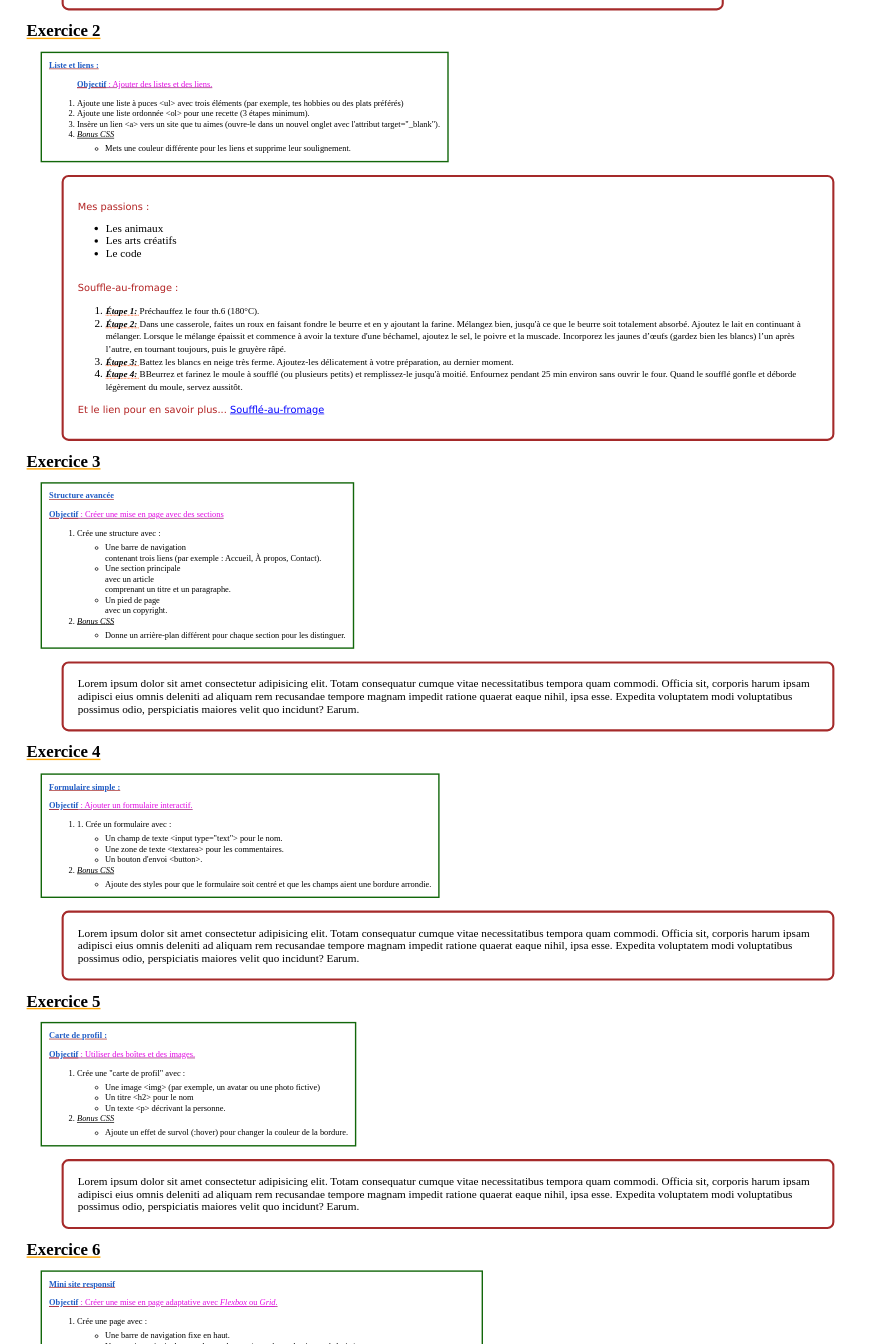
Repository: AnnaSpirit/Mimo_App
Page: Exercices_HTML&CSS.html
An editor plug-in stored every save of this project. The page is shown before and after the next save, followed by the edit.
The browser window is 1280 px wide. The pictures show the part of the page from y = 427 to 2347 px (the page is 2575 px tall), at 70% of full size.

Above is the page before, as saved 2024-12-08 16:53:56.

### Exercices_HTML&CSS.html
<!DOCTYPE html>
<html lang="en">

<head>
    <meta charset="UTF-8">
    <meta name="viewport" content="width=device-width, initial-scale=1.0">
    <link rel="stylesheet" href="styleCSS.css">
    <title>Exercices HTML & CSS</title>
</head>

<body>
    <div>
        <span class="Ex">
            <h1>Exercice 1</h1>
            <span class="Consigne"><b>Créer une page simple :</b><br>
                <p><b>Objectif</b> : Créer une page HTML basique.</p>
                <ol>
                    <li>Crée une page HTML avec :
                        <ul>
                            <li>Un titre de page (balise &lt;title&gt;).</li>
                            <li>Un en-tête &lt;h1&gt; avec un texte comme "Bienvenue sur ma page".</li>
                            <li>Un paragraphe &lt;p&gt; décrivant ce que tu apprends.</li>
                        </ul>
                    </li>
                    <li><em>Bonus CSS</em>
                        <ul>
                            <li>Ajoute un style de base pour le texte (par exemple, change la couleur ou la taille)</li>
                        </ul>
                    </li>
                </ol>
            </span>
        </span>
        <br>
        <br>
        <span class="Resultat">
            <div>
                <span>
                    <p>Le titre de la page est : <em>Exercices HTML & CSS</em>
                    <h1>Bienvenue sur ma page!</h1>
                    <p id="apprend">
                        J'apprends le codage, est cette page combine le <b>HTML</b> : « HyperText Markup Language » et
                        le <b>CSS</b> : « Cascading StyleSheets ».
                    </p>
                    </p>
                </span>
            </div>
        </span>

    </div>
    <div>
        <span class="Ex">
            <h1>Exercice 2</h1>
            <span class="Consigne"><b>Liste et liens :</b>
                <ol>
                    <p><b>Objectif</b> : Ajouter des listes et des liens.</p>
                    <li>Ajoute une liste à puces &lt;ul&gt; avec trois éléments (par exemple, tes hobbies ou des plats
                        préférés)</li>
                    <li>Ajoute une liste ordonnée &lt;ol&gt; pour une recette (3 étapes minimum).</li>
                    <li>Insère un lien &lt;a&gt; vers un site que tu aimes (ouvre-le dans un nouvel onglet avec
                        l'attribut target="_blank").</li>
                    <li><em>Bonus CSS</em>
                        <ul>
                            <li>Mets une couleur différente pour les liens et supprime leur soulignement.</li>
                        </ul>
                    </li>
                </ol>
            </span>
        </span>
        <br>
        <br>
        <span class="Resultat">
            <p>Mes passions :</p>
            <ul>
                <li>Les animaux</li>
                <li>Les arts créatifs</li>
                <li>Le code</li>
            </ul><br>
            <p>Souffle-au-fromage :</p>
            <ol>
                <li><b class="etape">Étape 1: </b>
                    <span class="a_faire">Préchauffez le four th.6 (180°C).</span>
                </li>
                <li><b class="etape">Étape 2: </b>
                    <span class="a_faire">Dans une casserole, faites un roux en faisant fondre le beurre et en y ajoutant la farine. Mélangez bien, jusqu'à ce que
                    le beurre soit totalement absorbé. Ajoutez le lait en continuant à mélanger. Lorsque le mélange épaissit et commence à
                    avoir la texture d'une béchamel, ajoutez le sel, le poivre et la muscade. Incorporez les jaunes d’œufs (gardez bien les
                    blancs) l’un après l’autre, en tournant toujours, puis le gruyère râpé.</span>
                </li>
                <li><b class="etape">Étape 3: </b>
                    <span class="a_faire">Battez les blancs en neige très ferme. Ajoutez-les délicatement à votre préparation, au dernier moment.</span>
                </li>
                <li><b class="etape">Étape 4: </b>
                    <span class="a_faire">BBeurrez et farinez le moule à soufflé (ou plusieurs petits) et remplissez-le jusqu'à moitié. Enfournez pendant 25 min
                    environ sans ouvrir le four. Quand le soufflé gonfle et déborde légèrement du moule, servez aussitôt.</span>
                </li>
            </ol>
            <p>Et le lien pour en savoir plus...
            <a href="https://www.cuisineaz.com/recettes/souffle-au-fromage-facile-et-rapide-50444.aspx#preparation"
                target="_blank"> Soufflé-au-fromage</a></p>
        </span>

    </div>
    <div>
        <span class="Ex">
            <h1>Exercice 3</h1>
            <span class="Consigne"><b>Structure avancée</b><br>
                <p><b>Objectif</b> : Créer une mise en page avec des sections</p>
                <ol>
                    <li>Crée une structure avec :</li>
                    <ul>
                        <li>Une barre de navigation <nav> contenant trois liens (par exemple : Accueil, À propos,
                                Contact).</li>
                        <li>Une section principale <main> avec un article <article> comprenant un titre et un
                                    paragraphe.</li>
                        <li>Un pied de page <footer> avec un copyright.</li>
                    </ul>
                    <li><em>Bonus CSS </em></li>
                    <ul>
                        <li>Donne un arrière-plan différent pour chaque section pour les distinguer.</li>
                    </ul>
                    </li>
                </ol>
            </span>
        </span>
        <br>
        <br>
        <span class="Resultat">Lorem ipsum dolor sit amet consectetur adipisicing elit. Totam consequatur cumque vitae
            necessitatibus tempora quam commodi. Officia sit, corporis harum ipsam adipisci eius omnis deleniti ad
            aliquam rem
            recusandae tempore magnam impedit ratione quaerat eaque nihil, ipsa esse. Expedita voluptatem modi
            voluptatibus
            possimus odio, perspiciatis maiores velit quo incidunt? Earum.</span>
    </div>
    <div>
        <span class="Ex">
            <h1>Exercice 4</h1>
            <span class="Consigne"><b>Formulaire simple :</b><br>
                <p><b>Objectif</b> : Ajouter un formulaire interactif.</p>
                <ol>
                    <li>1. Crée un formulaire avec :</li>
                    <ul>
                        <li>Un champ de texte &lt;input type="text"&gt; pour le nom.</li>
                        <li>Une zone de texte &lt;textarea&gt; pour les commentaires.</li>
                        <li>Un bouton d'envoi &lt;button&gt;.</li>
                    </ul>
                    </li>
                    <li><em>Bonus CSS</em>
                        <ul>
                            <li>Ajoute des styles pour que le formulaire soit centré et que les champs aient une bordure
                                arrondie.</li>
                        </ul>
                    </li>
                </ol>
            </span>
        </span>
        <br>
        <br>
        <span class="Resultat">Lorem ipsum dolor sit amet consectetur adipisicing elit. Totam consequatur cumque vitae
            necessitatibus tempora quam commodi. Officia sit, corporis harum ipsam adipisci eius omnis deleniti ad
            aliquam rem
            recusandae tempore magnam impedit ratione quaerat eaque nihil, ipsa esse. Expedita voluptatem modi
            voluptatibus
            possimus odio, perspiciatis maiores velit quo incidunt? Earum.</span>
    </div>
    </div>
    <div>
        <span class="Ex">
            <h1>Exercice 5</h1>
            <span class="Consigne"><b>Carte de profil :</b><br>
                <p><b>Objectif</b> : Utiliser des boîtes et des images.</p>
                <ol>
                    <li>Crée une "carte de profil" avec :</li>
                    <ul>
                        <li>Une image &lt;img&gt; (par exemple, un avatar ou une photo fictive)</li>
                        <li>Un titre &lt;h2&gt; pour le nom</li>
                        <li>Un texte &lt;p&gt; décrivant la personne.</li>
                    </ul>
                    <li><em>Bonus CSS</em></li>
                    <ul>
                        <li>Ajoute un effet de survol (:hover) pour changer la couleur de la bordure.</li>
                    </ul>
                    </li>
                </ol>
            </span>
        </span>
        <br>
        <br>
        <span class="Resultat">Lorem ipsum dolor sit amet consectetur adipisicing elit. Totam consequatur cumque vitae
            necessitatibus tempora quam commodi. Officia sit, corporis harum ipsam adipisci eius omnis deleniti ad
            aliquam rem
            recusandae tempore magnam impedit ratione quaerat eaque nihil, ipsa esse. Expedita voluptatem modi
            voluptatibus
            possimus odio, perspiciatis maiores velit quo incidunt? Earum.</span>
    </div>
    <div>
        <span class="Ex">
            <h1>Exercice 6</h1>
            <span class="Consigne"><b>Mini site responsif</b><br>
                <p><b>Objectif</b> : Créer une mise en page adaptative avec <em class="select">Flexbox</em> ou <em
                        class="select">Grid</em>.
                <ol>
                    <li>Crée une page avec :</li>
                    <ul>
                        <li>Une barre de navigation fixe en haut.</li>
                        <li>Une section principale avec deux colonnes (texte à gauche, image à droite)</li>
                        <li>Un pied de page collé en bas</li>
                    </ul>
                    </li>
                    <li>Utilise <em class="select">Flexbox</em> ou <em class="select">CSS Grid</em> pour organiser la
                        mise en page.</li>
                    <li>Ajoute un <em class="select">media query</em> pour que la page s'adapte sur mobile (les colonnes
                        passent en une seule).</li>
                    <li><em>Bonus CSS</em>
                        <ul>
                            <li>Ajoute une animation subtile sur un élément (par exemple, un bouton qui change de
                                couleur lorsqu'on clique).</li>
                        </ul>
                    </li>
                </ol>
            </span>
        </span>
        <br>
        <br>
        <span class="Resultat">Lorem ipsum dolor sit amet consectetur adipisicing elit. Totam consequatur cumque vitae
            necessitatibus tempora quam commodi. Officia sit, corporis harum ipsam adipisci eius omnis deleniti ad
            aliquam rem
            recusandae tempore magnam impedit ratione quaerat eaque nihil, ipsa esse. Expedita voluptatem modi
            voluptatibus
            possimus odio, perspiciatis maiores velit quo incidunt? Earum.</span>
    </div>
</body>

</html>

### styleCSS.css
html {
    margin: 0 30px 0 30px;
}

.Ex {
    font-size: 12px;
}

.Ex h1 {
    font-weight: bold;
    font-size: x-large;
    text-decoration: underline orange;
}

.Ex .Consigne {
    border: 2px solid rgb(18, 103, 10);
    /* Une bordure de 2px */
    padding: 10px;
    /* Espace entre le texte et la bordure */
    display: inline-block;
    /* S'assurer que la bordure s'adapte au texte */
    margin: 0 20px;
    /* Décalage de 20px à droite et à gauche */
}

.Ex p {
    text-decoration: underline rgb(149, 18, 112);
    color: rgb(228, 7, 228);
}

.Ex ol,
ul {
    margin-top: 5px;
    margin-bottom: 0;
}

.EX b,
em {
    font-family: fantasy;
    text-decoration: underline;
}

.EX .select {
    font-style: oblique;
}



.Resultat {
    border: 3px solid brown;
    /* Une bordure noire de 2px */
    padding: 20px;
    /* Espace entre le texte et la bordure */
    border-radius: 10px;
    /* Coins arrondis */
    display: inline-block;
    /* S'assurer que la bordure s'adapte au texte */
    margin-left: 50px;
    margin-right: 50px;
}

.Resultat p {
    font-family: 'Lucida Sans', 'Lucida Sans Regular', 'Lucida Grande', 'Lucida Sans Unicode', Geneva, Verdana, sans-serif;
    font-size: 14px;
    color: firebrick;
}

.Resultat em,
b {
    color: rgb(33, 92, 196);
    text-decoration: underline brown;
}

.Resultat #apprend {
    color: darkviolet;

}

.Resultat .a_faire,
.etape {
    font-family: 'Times New Roman', Times, serif;
    color: black;
    font-size: small;
    text-decoration: none;

}

.Resultat .etape {
    font-style: italic;
    text-decoration: underline dotted orangered;
}

.Resultat a {
    color: blue;
    text-decoration: underline;
}

After the next save:
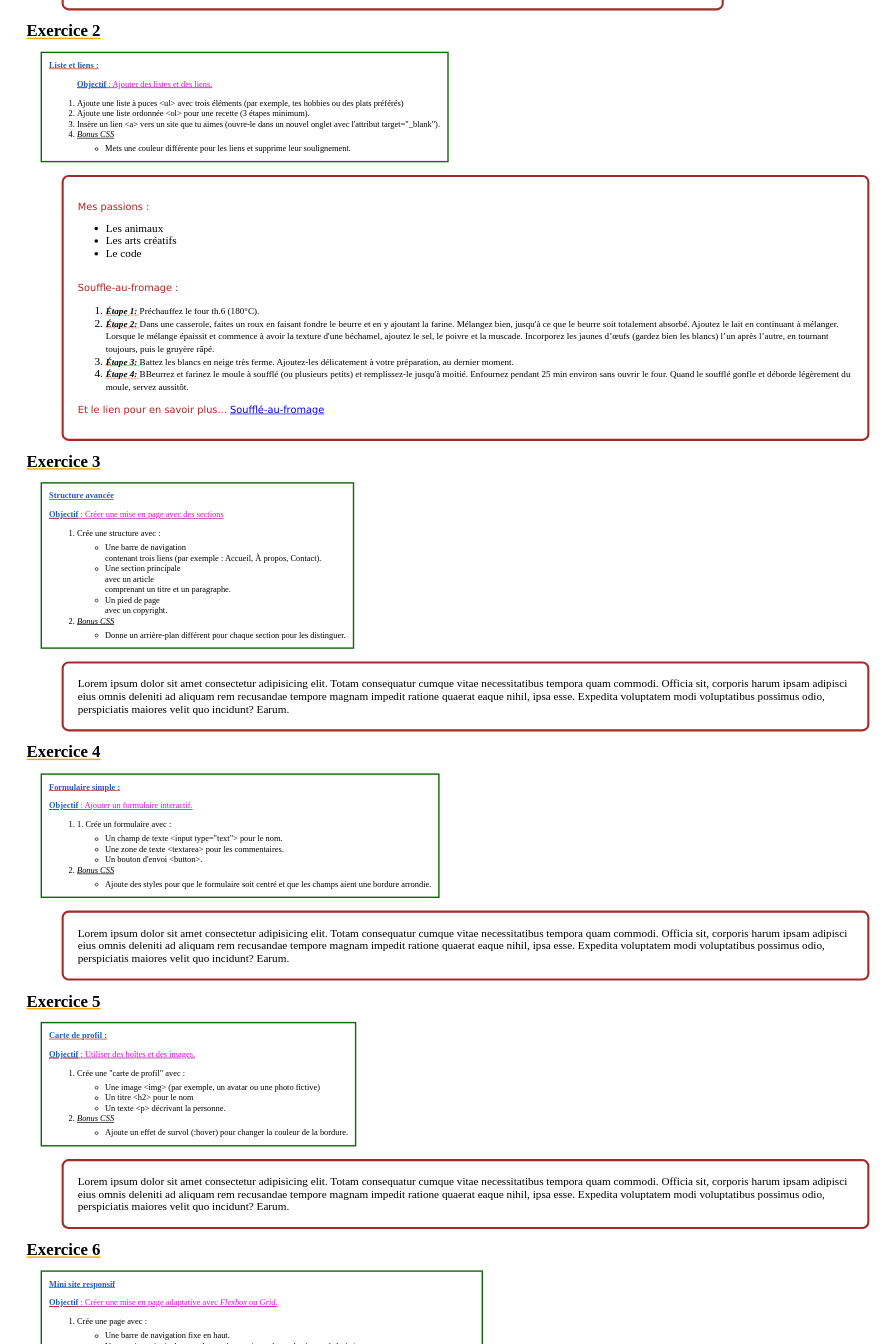
Saved 64 s later.
--- a/styleCSS.css
+++ b/styleCSS.css
@@ -56,7 +56,6 @@ em {
     display: inline-block;
     /* S'assurer que la bordure s'adapte au texte */
     margin-left: 50px;
-    margin-right: 50px;
 }
 
 .Resultat p {
